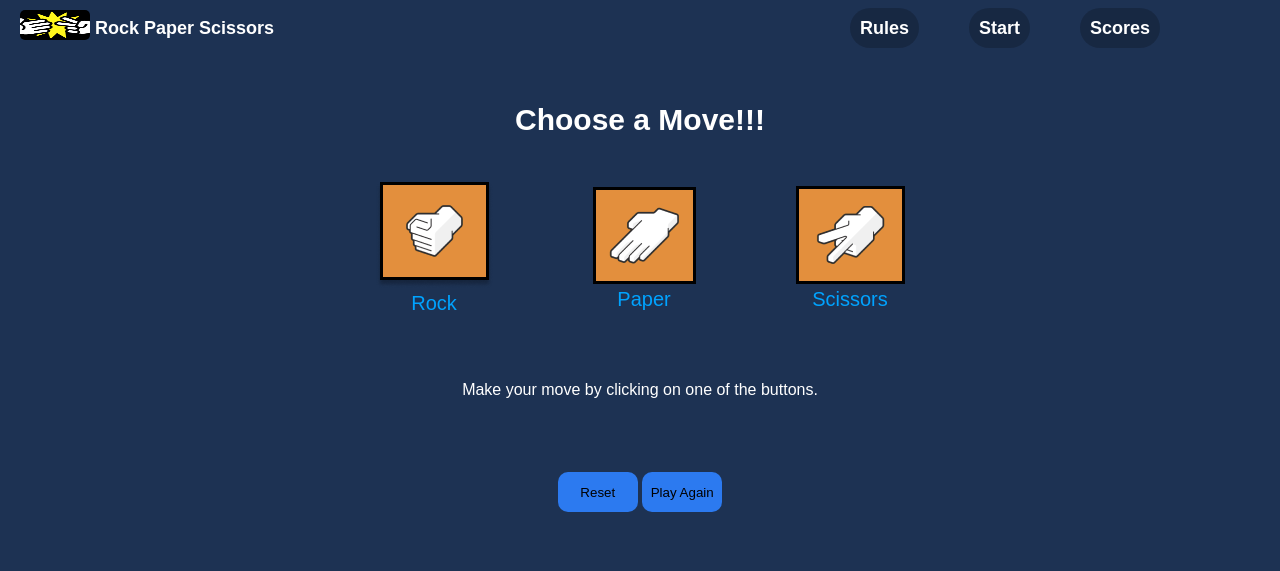
Repository: MikkyPrestige/rock-paper-scissors
Page: game.html
The author's editor kept a copy of each file at every save. The page is drawn from the files as they stood at one save, then again after the next save.
The browser window is 1280 px wide. The pictures show the whole page.

Above is the page before, as saved 2023-05-13 03:26:01.
Console error: ReferenceError: playerScore is not defined

After the next save:
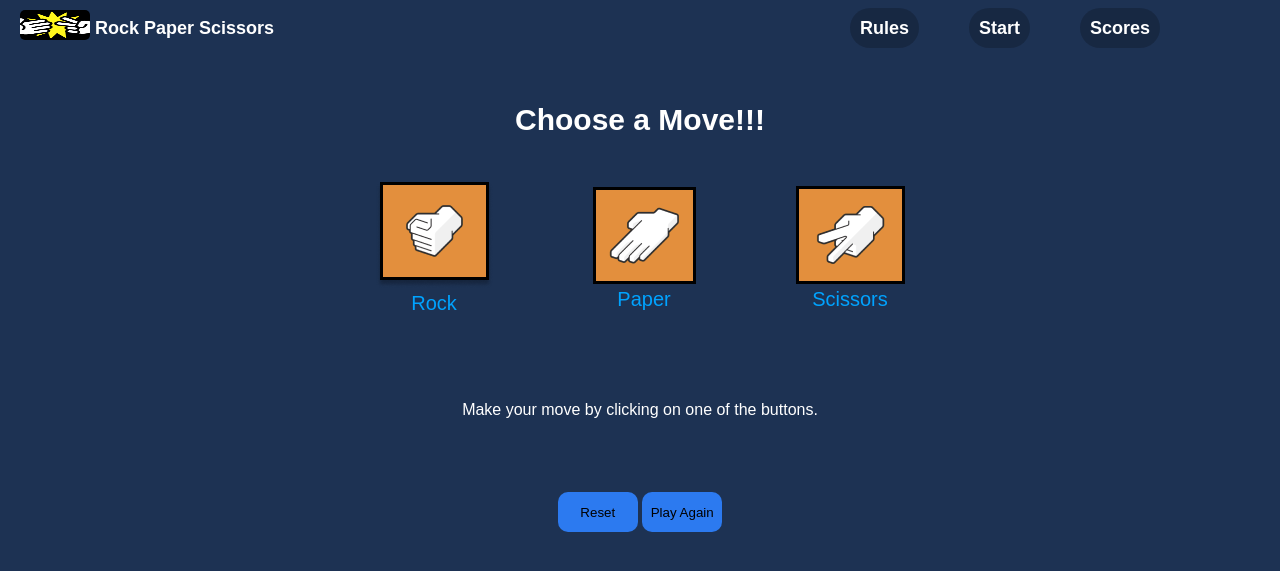
Saved 28 s later.
--- a/game.html
+++ b/game.html
@@ -45,6 +45,7 @@
       </figure>
       <div id="result"></div>
       <div id="winner"></div>
+      <div id="scores"></div>
       <div class="game--results">
         <p>Make your move by clicking on one of the buttons.</p>
       </div>
